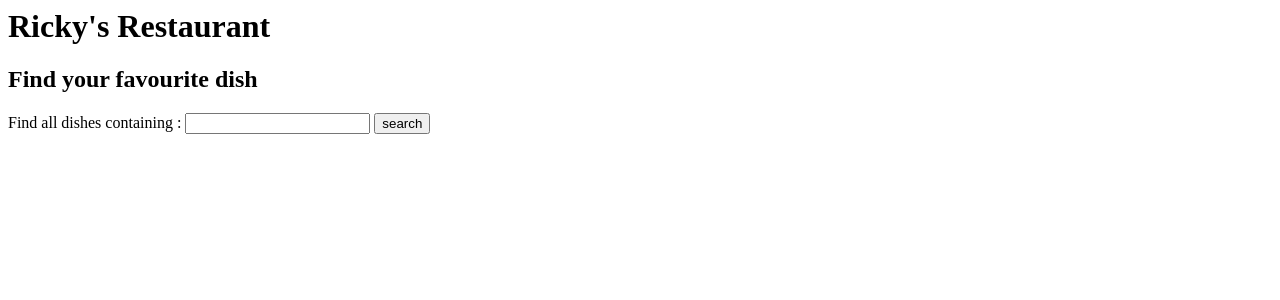
Repository: Harsh-rm/Java
Page: Projects/Restaurant/src/main/webapp/search.html
The author's editor kept a copy of each file at every save. The page is drawn from the files as they stood at one save, then again after the next save.
The browser window is 1280 px wide. The pictures show the whole page.

Above is the page before, as saved 2023-09-02 20:03:44.

### Projects/Restaurant/src/main/webapp/search.html
<html>
	<head>
		<title>Search Harsh's Restaurant</title>
	</head>
	<body>
		<h1>Ricky's Restaurant</h1>
		<h2>Find your favourite dish</h2>
		<form action="/searchResults.html" method="GET">
			Find all dishes containing : <input type="text" name="searchTerm" id="searchTerm" /> <input type="submit" value="search" />
		</form>
	</body>
</html>

After the next save:
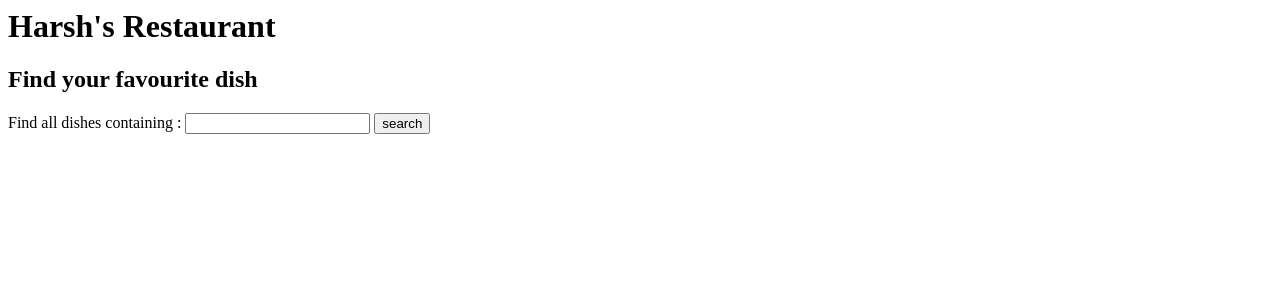
Saved 24 s later.
--- a/Projects/Restaurant/src/main/webapp/search.html
+++ b/Projects/Restaurant/src/main/webapp/search.html
@@ -3,7 +3,7 @@
 		<title>Search Harsh's Restaurant</title>
 	</head>
 	<body>
-		<h1>Ricky's Restaurant</h1>
+		<h1>Harsh's Restaurant</h1>
 		<h2>Find your favourite dish</h2>
 		<form action="/searchResults.html" method="GET">
 			Find all dishes containing : <input type="text" name="searchTerm" id="searchTerm" /> <input type="submit" value="search" />
